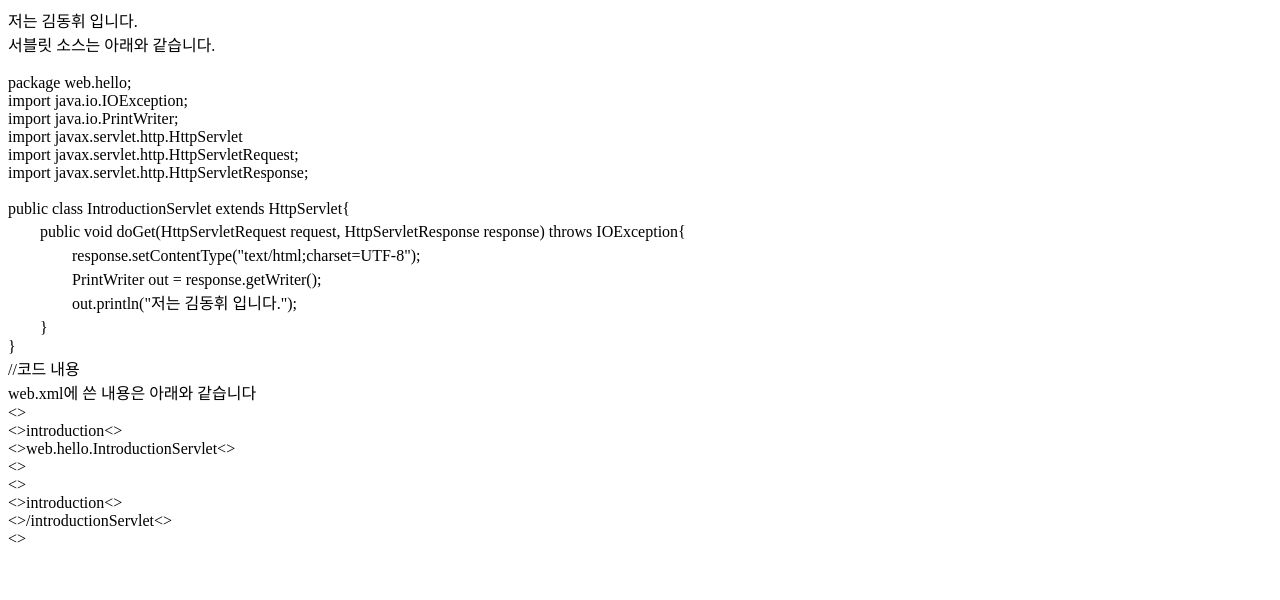
Repository: fellownew/web_workspace
Page: http://localhost/HelloworldWeb/introductionServlet
An editor plug-in stored every save of this project. The page is shown before and after the next save, followed by the edit.
The browser window is 1280 px wide. The pictures show the whole page.
The page is served by Tomcat 9. Other server files are loaded and not shown.

Above is the page before, as saved 2015-03-12 08:34:17.

### HelloworldWeb/src/web/hello/IntroductionServlet.java
package web.hello;

import java.io.IOException;
import java.io.PrintWriter;

import javax.servlet.http.HttpServlet;
import javax.servlet.http.HttpServletRequest;
import javax.servlet.http.HttpServletResponse;

public class IntroductionServlet extends HttpServlet{

	public void doGet(HttpServletRequest request, HttpServletResponse response) throws IOException{
		response.setContentType("text/html;charset=UTF-8");
		PrintWriter out = response.getWriter(); //response에서 Writer를 불러와 PrintWriter를 만듬.
		out.println("저는 김동휘 입니다.<br/> 서블릿 소스는 아래와 같습니다.<br/><br/>");
		out.println("package web.hello;<br/>"
				+ "import java.io.IOException;<br/>"
				+ "import java.io.PrintWriter;<br/>"
				+ "import javax.servlet.http.HttpServlet<br/>"
				+ "import javax.servlet.http.HttpServletRequest;<br/>"
				+ "import javax.servlet.http.HttpServletResponse;<br/><br/>"
				+ "public class IntroductionServlet extends HttpServlet{<br/>"
				+ "　　public void doGet(HttpServletRequest request, HttpServletResponse response) throws IOException{<br/>"
				+ "　　　　response.setContentType(\"text/html;charset=UTF-8\");<br/>"
				+ "　　　　PrintWriter out = response.getWriter();<br/>"
				+ "　　　　out.println(\"저는 김동휘 입니다.\");<br/>"
				+ "　　}<br/>"
				+ "}<br/>"
				+ "//코드 내용<br/>");
		out.println("web.xml에 쓴 내용은 아래와 같습니다 <br/>");
		out.println("  <<servlet>><br/>"
				+ "<<servlet-name>>introduction<</servlet-name>><br/>"
				+ "<<servlet-class>>web.hello.IntroductionServlet<</servlet-class>><br/>"
				+ "<</servlet>><br/>"
				+ "<<servlet-mapping>><br/>"
				+ "<<servlet-name>>introduction<</servlet-name>><br/>"
				+ "<<url-pattern>>/introductionServlet<</url-pattern>><br/>"
				+ "<</servlet-mapping>><br/>");
	}

}

After the next save:
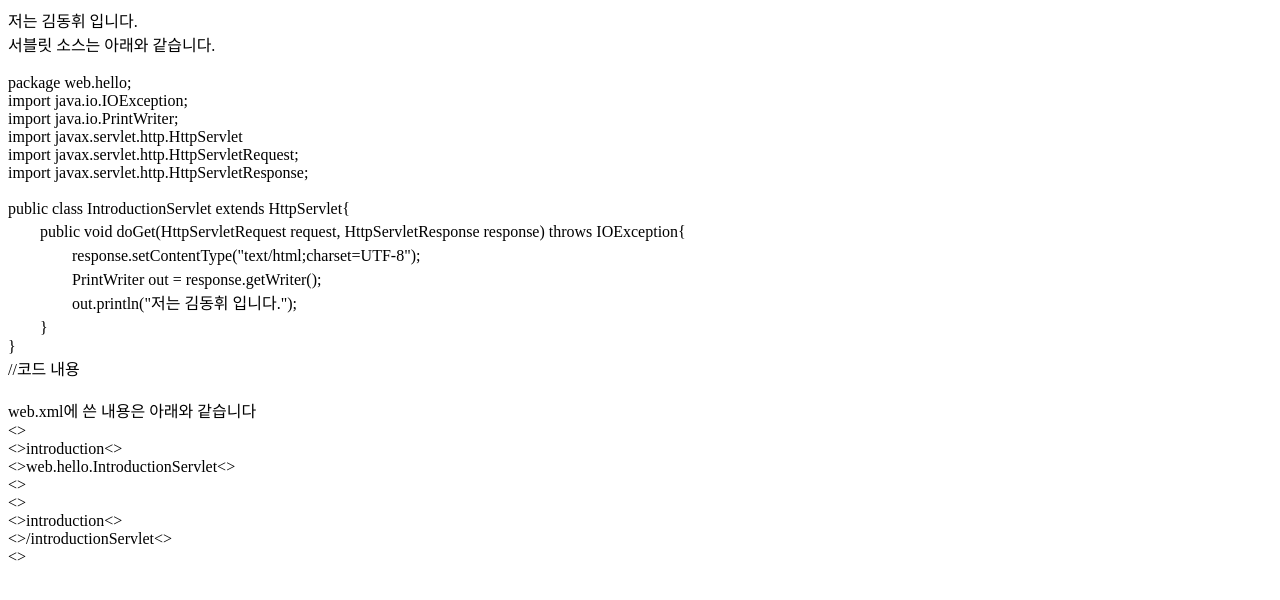
Saved 96 s later.
--- a/HelloworldWeb/src/web/hello/IntroductionServlet.java
+++ b/HelloworldWeb/src/web/hello/IntroductionServlet.java
@@ -26,7 +26,7 @@ public class IntroductionServlet extends HttpServlet{
 				+ "　　　　out.println(\"저는 김동휘 입니다.\");<br/>"
 				+ "　　}<br/>"
 				+ "}<br/>"
-				+ "//코드 내용<br/>");
+				+ "//코드 내용<br/><br/>");
 		out.println("web.xml에 쓴 내용은 아래와 같습니다 <br/>");
 		out.println("  <<servlet>><br/>"
 				+ "<<servlet-name>>introduction<</servlet-name>><br/>"
